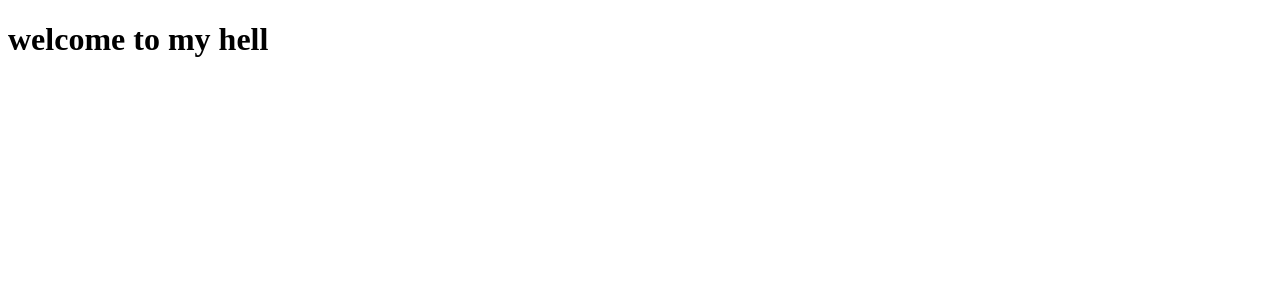
Repository: shlhhebei/record-in-work
Page: http://localhost/trans_map/
The author's editor kept a copy of each file at every save. The page is drawn from the files as they stood at one save, then again after the next save.
The browser window is 1280 px wide. The pictures show the whole page.
The page is served by Tomcat 9. Other server files are loaded and not shown.

Above is the page before, as saved 2016-10-12 04:49:55.

### workspace/trans_map/WebContent/index.jsp
<%@ page language="java" contentType="text/html; UTF-8"
    pageEncoding="UTF-8"%>
<!DOCTYPE html PUBLIC "-//W3C//DTD HTML 4.01 Transitional//EN" "http://www.w3.org/TR/html4/loose.dtd">
<html>
<head>
<meta http-equiv="Content-Type" content="text/html; UTF-8">
<title>Insert title here</title>
</head>
<body>
<h1>welcome to my hell</h1>
</body>
</html>

After the next save:
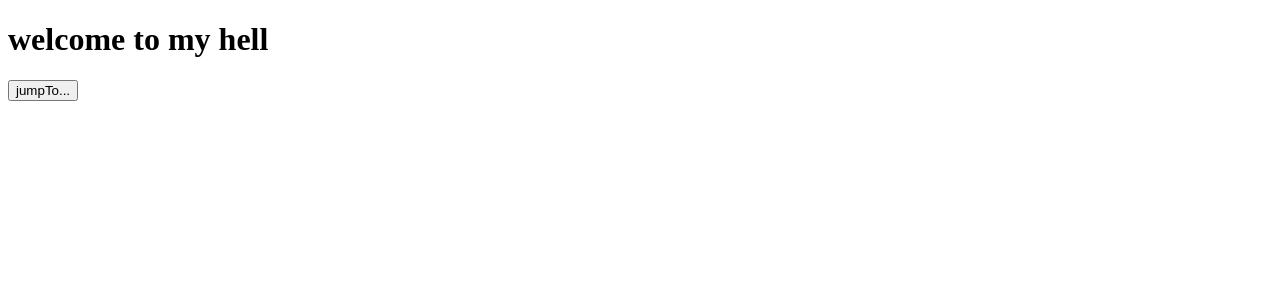
Saved 20 min 5 s later.
--- a/workspace/trans_map/WebContent/index.jsp
+++ b/workspace/trans_map/WebContent/index.jsp
@@ -8,5 +8,6 @@
 </head>
 <body>
 <h1>welcome to my hell</h1>
+<input type="button" value="jumpTo..."/>
 </body>
 </html>
